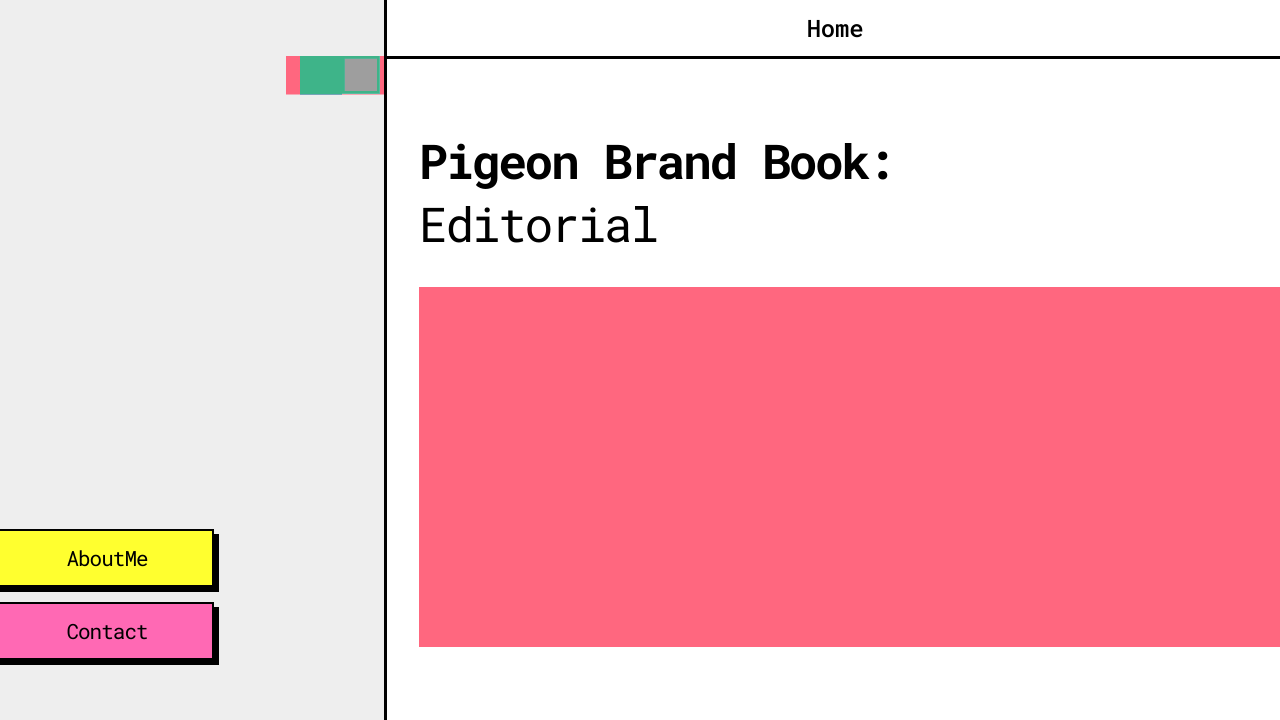
Repository: keesuk/__esuke_
Page: /Pigeon
An editor plug-in stored every save of this project. The page is shown before and after the next save, followed by the edit.
The browser window is 1280 px wide. The pictures show the whole page.
Pictures or frames that could not be fetched are drawn as grey boxes. The project was rebuilt for these pictures with package versions that can differ from the ones it lists, and the page was loaded fresh each time. Also part of the build but not shown: src/components/_AboutMe.jsx, src/components/_Contact.jsx, src/components/Left.js, src/components/Introduce.js, src/components/FolioList.js, src/pages/_Projects.jsx.

Above is the page before, as saved 2021-02-06 12:20:00.

After the next save:
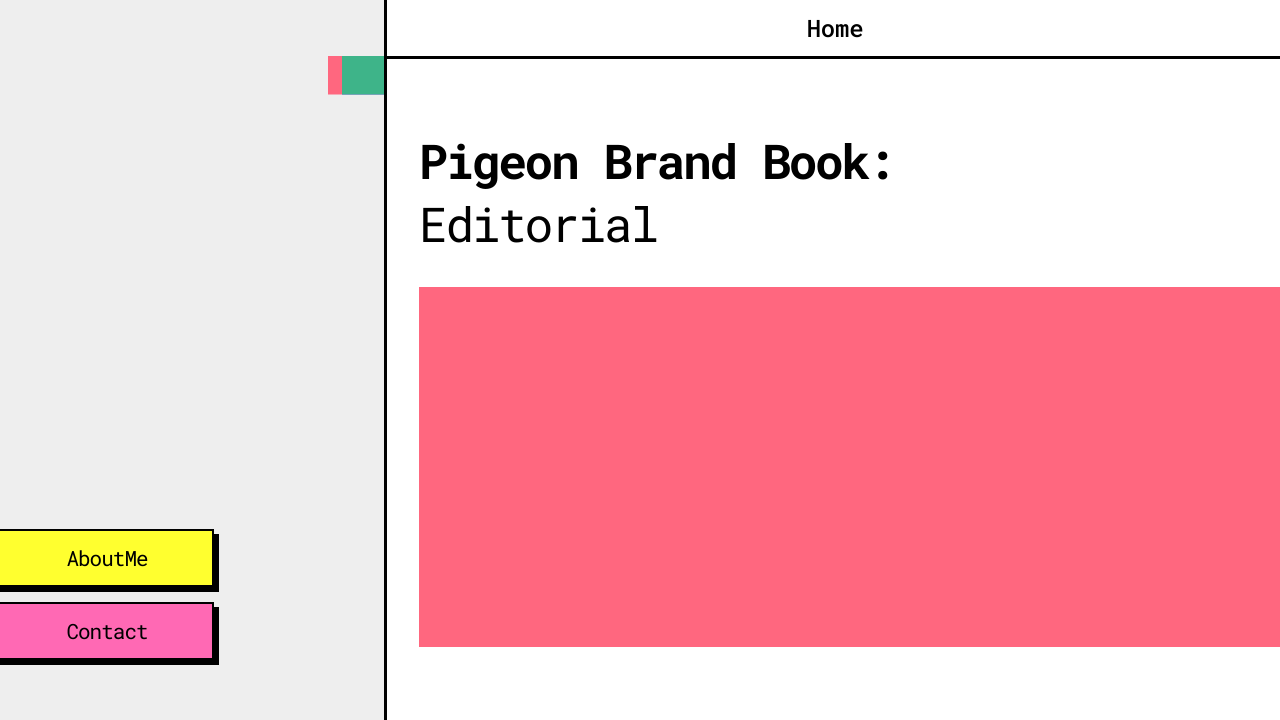
Saved 22 s later.
--- a/src/components/Index.js
+++ b/src/components/Index.js
@@ -36,7 +36,7 @@
         }
     }
     .inactive {
-        margin-left: -${width}px;
+        margin-right: -${width}px;
     }
     .active {
         width: ${hoverWidth}px;
